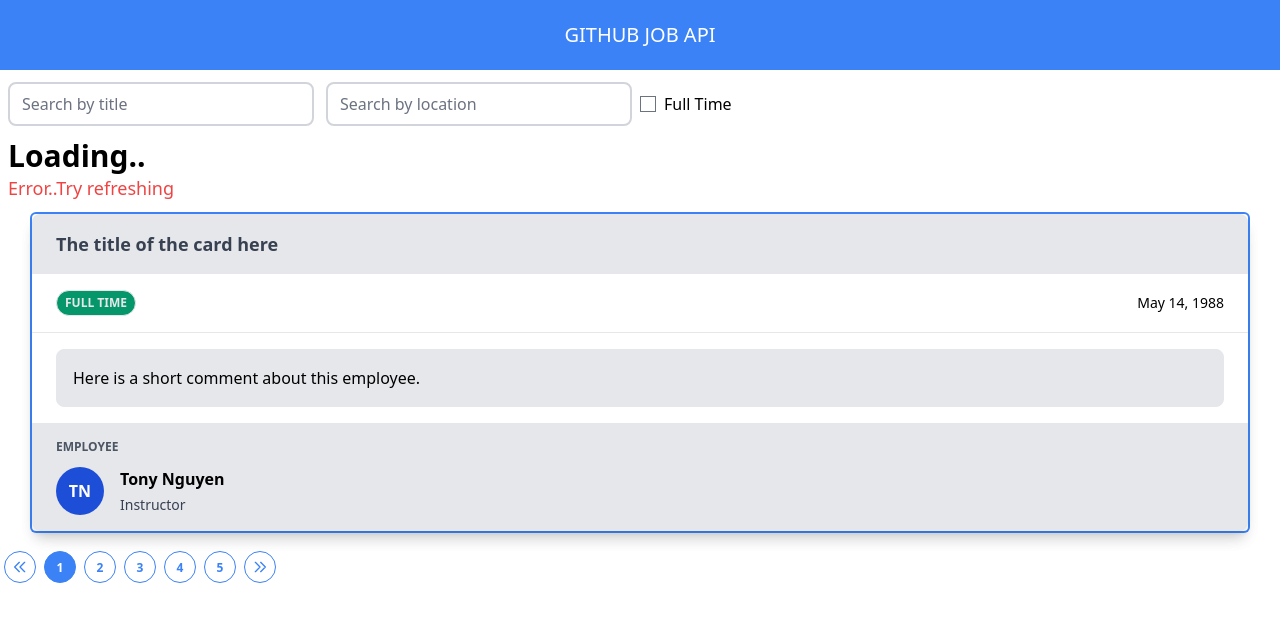
Repository: ShamroOoz/Github-job-api-React-Tailwind
Page: /
The author's editor kept a copy of each file at every save. The page is drawn from the files as they stood at one save, then again after the next save.
The browser window is 1280 px wide. The pictures show the whole page.
The page's requests for data from a server got no answer. The project was rebuilt for these pictures with package versions that can differ from the ones it lists, and the page was loaded fresh each time. No one was signed in, and anything a server would have sent is missing. Also part of the build but not shown: craco.config.js.

Above is the page before, as saved 2021-03-21 17:31:59.

After the next save:
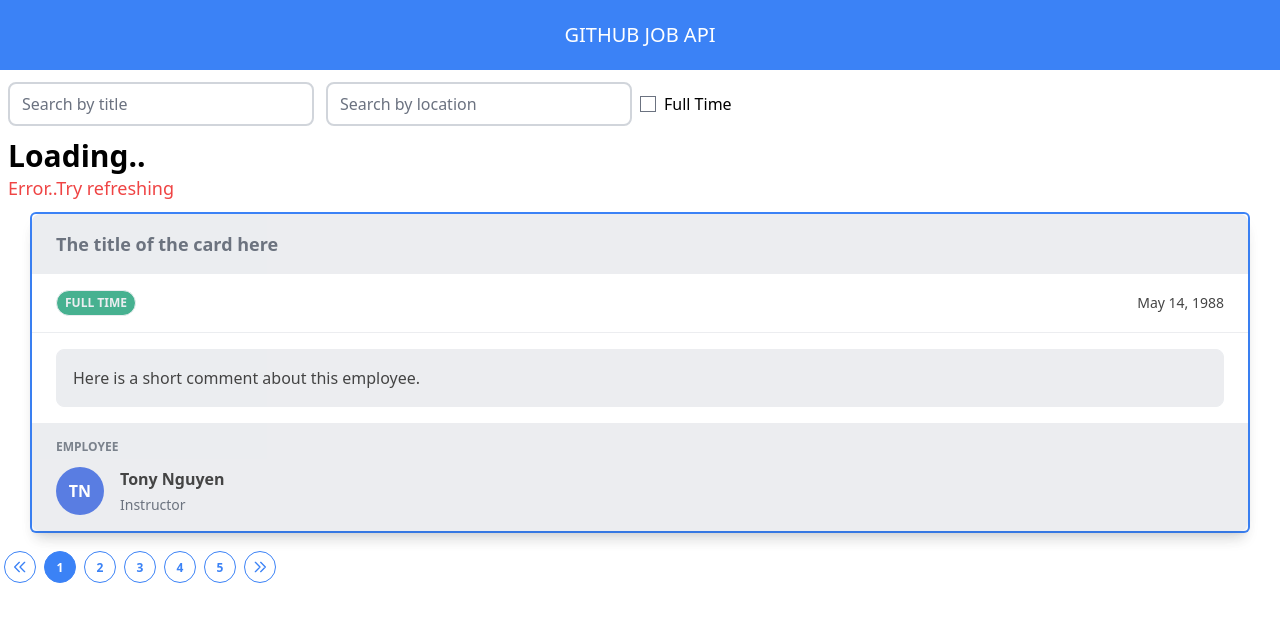
Saved 4 min 31 s later.
--- a/src/components/Reducer/Job.js
+++ b/src/components/Reducer/Job.js
@@ -3,7 +3,7 @@
 const Job = () => {
   return (
     <div className="flex shadow-lg ring-2 ring-blue-500 mx-8 my-3 rounded">
-      <div className="w-full flex flex-col bg-white shadow-lg rounded-lg overflow-hidden">
+      <div className=" animate-pulse w-full flex flex-col bg-white shadow-lg rounded-lg overflow-hidden">
         <div className="bg-gray-200 text-gray-700 text-lg px-6 py-4 font-bold">
           The title of the card here
         </div>

After the save that followed:
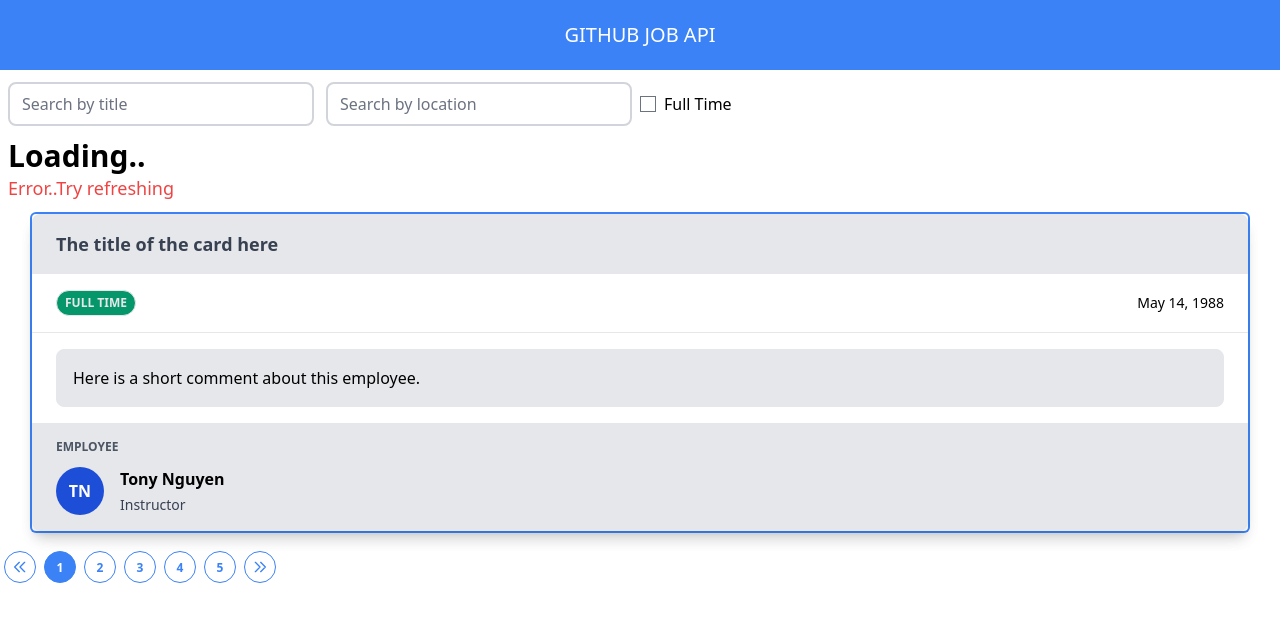
Saved 37 s later.
--- a/src/components/Reducer/Job.js
+++ b/src/components/Reducer/Job.js
@@ -3,7 +3,7 @@
 const Job = () => {
   return (
     <div className="flex shadow-lg ring-2 ring-blue-500 mx-8 my-3 rounded">
-      <div className=" animate-pulse w-full flex flex-col bg-white shadow-lg rounded-lg overflow-hidden">
+      <div className=" w-full flex flex-col bg-white shadow-lg rounded-lg overflow-hidden">
         <div className="bg-gray-200 text-gray-700 text-lg px-6 py-4 font-bold">
           The title of the card here
         </div>
